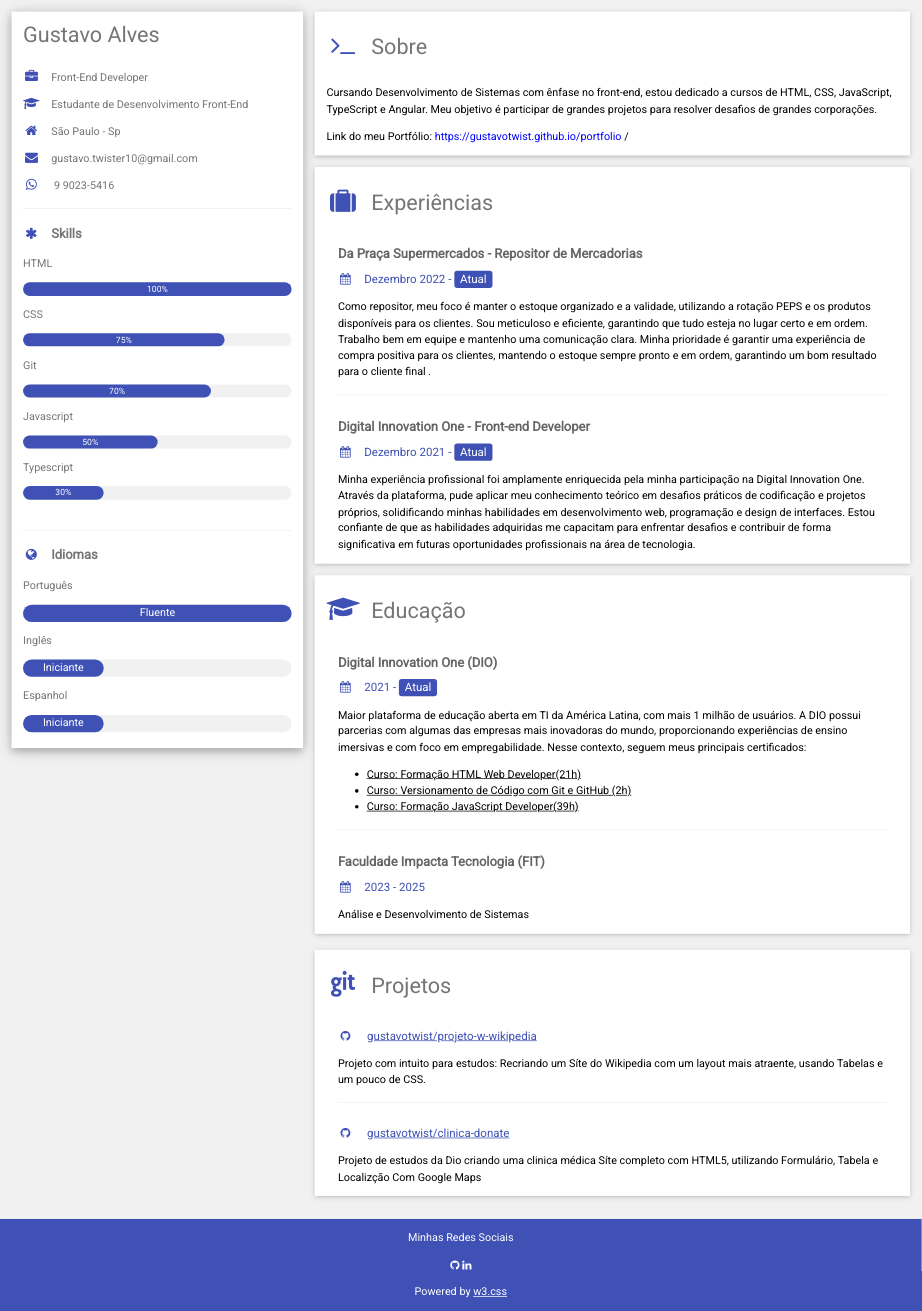
Repository: gustavotwist/cv
Page: index.html
An editor plug-in stored every save of this project. The page is shown before and after a run of saves, followed by the edit.
The browser window is 1280 px wide. The pictures show the whole page, at 72% of full size.

Above is the page before, as saved 2024-06-23 21:34:08.

### index.html
<!DOCTYPE html>
<!-- @falvojr: Reference article https://www.w3schools.com/howto/howto_website_create_resume.asp -->
<!-- @falvojr: Useful link to use fontawesome (fa) icons: https://fontawesome.com/v4/icons/ -->
<html lang="pt-BR">

  <head>
    <title>Gustavo Alves</title>

    <meta http-equiv="Content-Type" content="text/html; charset=UTF-8">
    <meta name="viewport" content="width=device-width, initial-scale=1">

    <link rel="stylesheet" href="https://www.w3schools.com/w3css/4/w3.css">
    <link rel='stylesheet' href='https://fonts.googleapis.com/css?family=Roboto'>
    <link rel="stylesheet" href="https://cdnjs.cloudflare.com/ajax/libs/font-awesome/4.7.0/css/font-awesome.min.css">

    <style>
      html,body,h1,h2,h3,h4,h5,h6 {font-family: "Roboto", sans-serif}
    </style>

  </head>

  <body class="w3-light-grey" cz-shortcut-listen="true">

    <!-- Page Container -->
    <div class="w3-content w3-margin-top" style="max-width:1400px;">

      <!-- The Grid -->
      <div class="w3-row-padding">

        <!-- Left Column -->
        <div class="w3-third">

          <div class="w3-white w3-text-grey w3-card-4">
            <!-- @falvojr: This container has been modified to not use a profile picture. -->
            <div class="w3-container">
              <h2>Gustavo Alves</h2>
            </div>
            <div class="w3-container">
              <p><i class="fa fa-briefcase fa-fw w3-margin-right w3-large w3-text-indigo"></i>Front-End Developer</p>
              <p><i class="fa fa-graduation-cap fa-fw w3-margin-right w3-large w3-text-indigo"></i>Estudante de Desenvolvimento Front-End</p>
              <p><i class="fa fa-home fa-fw w3-margin-right w3-large w3-text-indigo"></i>São Paulo - Sp</p>
              <p><i class="fa fa-envelope fa-fw w3-margin-right w3-large w3-text-indigo"></i><a href="mailto:gustavo.twister10@gmail.com" style="text-decoration: none;">gustavo.twister10@gmail.com</a></p>
              <p ><i class="fa fa-whatsapp fa-fw w3-margin-right w3-large w3-text-indigo"></i> <a href="tel:(11) 9 9023-5416" style="text-decoration: none;"> 9 9023-5416</a> </p>
              <hr>

              <p class="w3-large">
                <b><i class="fa fa-asterisk fa-fw w3-margin-right w3-text-indigo"></i>Skills</b>
              </p>
              <p>HTML</p>
              <div class="w3-light-grey w3-round-xlarge w3-small">
                <div class="w3-container w3-center w3-round-xlarge w3-indigo" style="width:100%">100%</div>
              </div>
              <p>CSS</p>
              <div class="w3-light-grey w3-round-xlarge w3-small">
                <div class="w3-container w3-center w3-round-xlarge w3-indigo" style="width:75%">75%</div>
              </div>
              <p>Git</p>
              <div class="w3-light-grey w3-round-xlarge w3-small">
                <div class="w3-container w3-center w3-round-xlarge w3-indigo" style="width:70%">70%</div>
              </div>
              <p>Javascript</p>
              <div class="w3-light-grey w3-round-xlarge w3-small">
                <div class="w3-container w3-center w3-round-xlarge w3-indigo" style="width:50%">50%</div>
              </div>
              <p>Typescript</p>
              <div class="w3-light-grey w3-round-xlarge w3-small">
                <div class="w3-container w3-center w3-round-xlarge w3-indigo" style="width:30%">30%</div>
              </div>
              <br>
              <hr>
              <p class="w3-large w3-text-theme">
                <b><i class="fa fa-globe fa-fw w3-margin-right w3-text-indigo"></i>Idiomas</b>
              </p>
              <p>Português</p>
              <div class="w3-light-grey w3-round-xlarge">
                <div class="w3-container w3-center w3-round-xlarge w3-indigo" style="height:24px;width:100%">Fluente</div>
              </div>
              <p>Inglês</p>
              <div class="w3-light-grey w3-round-xlarge">
                <div class="w3-container w3-center w3-round-xlarge w3-indigo" style="height:24px;width:30%">Iniciante</div>
              </div>
              <p>Espanhol</p>
              <div class="w3-light-grey w3-round-xlarge">
                <div class=" w3-container w3-center w3-round-xlarge w3-indigo" style="height:24px;width:30%">Iniciante</div>
              </div>
              <br>
            </div>
          </div><br>

          <!-- End Left Column -->
        </div>

        <!-- Right Column -->
        <div class="w3-twothird">

          <div class="w3-container w3-card w3-white w3-margin-bottom">
            <h2 class="w3-text-grey w3-padding-16"><i class="fa fa-terminal fa-fw w3-margin-right w3-xxlarge w3-text-indigo"></i>Sobre</h2>
            <p>Cursando Desenvolvimento de Sistemas com ênfase no front-end, estou dedicado a cursos de HTML, CSS, JavaScript, TypeScript e Angular. Meu objetivo é participar de grandes projetos para resolver desafios de grandes corporações.</p>
            <p>Link do meu Portfólio: <a href="https://gustavotwist.github.io/portfolio/" target="_blank" style="color: blue; text-decoration: none;">https://gustavotwist.github.io/portfolio</a> /</p>
          </div>

          <div class="w3-container w3-card w3-white w3-margin-bottom">
            <h2 class="w3-text-grey w3-padding-16">
              <i class="fa fa-suitcase fa-fw w3-margin-right w3-xxlarge w3-text-indigo"></i>Experiências
            </h2>
            <div class="w3-container">
              <h5 class="w3-opacity"><b>Da Praça Supermercados - Repositor de Mercadorias</b></h5>
              <h6 class="w3-text-indigo"><i class="fa fa-calendar fa-fw w3-margin-right"></i>Dezembro 2022 - <span class="w3-tag w3-indigo w3-round">Atual</span></h6>
              <p>Como repositor, meu foco é manter o estoque organizado e a validade, utilizando a rotação PEPS e os produtos disponíveis para os clientes. Sou meticuloso e eficiente, garantindo que tudo esteja no lugar certo e em ordem. Trabalho bem em equipe e mantenho uma comunicação clara. Minha prioridade é garantir uma experiência de compra positiva para os clientes, mantendo o estoque sempre pronto e em ordem, garantindo um bom resultado para o cliente final .</p>
              <hr>
            </div>
            <div class="w3-container">
              <h5 class="w3-opacity"><b>Digital Innovation One - Front-end Developer</b></h5>
                <h6 class="w3-text-indigo"><i class="fa fa-calendar fa-fw w3-margin-right"></i>Dezembro 2021 - <span class="w3-tag w3-indigo w3-round">Atual</span></h6>
                <p>
                    Minha experiência profissional foi amplamente enriquecida pela minha participação na Digital Innovation One. Através da plataforma, pude aplicar meu conhecimento teórico em desafios práticos de codificação e projetos próprios, solidificando minhas habilidades em desenvolvimento web, programação e design de interfaces. Estou confiante de que as habilidades adquiridas me capacitam para enfrentar desafios e contribuir de forma significativa em futuras oportunidades profissionais na área de tecnologia.
                </p>

            </div>
          </div>

          <div class="w3-container w3-card w3-white">
            <h2 class="w3-text-grey w3-padding-16">
              <i class="fa fa-graduation-cap fa-fw w3-margin-right w3-xxlarge w3-text-indigo"></i>Educação
            </h2>
            <div class="w3-container">
              <h5 class="w3-opacity"><b>Digital Innovation One (DIO)</b></h5>
              <h6 class="w3-text-indigo"><i class="fa fa-calendar fa-fw w3-margin-right"></i>2021 - <span class="w3-tag w3-indigo w3-round">Atual</span></h6>
              <p>
                Maior plataforma de educação aberta em TI da América Latina, com mais 1 milhão de usuários.
                A DIO possui parcerias com algumas das empresas mais inovadoras do mundo, proporcionando experiências
                de ensino imersivas e com foco em empregabilidade. Nesse contexto, seguem meus principais certificados:
              </p>
              <ul>
                <li><a href="https://www.dio.me/certificate/VDSNYTO5" target="_blank">Curso: Formação HTML Web Developer(21h)</a></li>
                <li><a href="https://www.dio.me/certificate/EA66CA6A" target="_blank">Curso: Versionamento de Código com Git e GitHub (2h)</a></li>
                <li><a href="https://www.dio.me/certificate/OST0WIWG" target="_blank">Curso: Formação JavaScript Developer(39h)</a></li>
              </ul>
              <hr>
            </div>
            <div class="w3-container">
              <h5 class="w3-opacity"><b>Faculdade Impacta Tecnologia (FIT)</b></h5>
              <h6 class="w3-text-indigo"><i class="fa fa-calendar fa-fw w3-margin-right"></i>2023 - 2025</h6>
              <p>Análise e Desenvolvimento de Sistemas</p>
            </div>
          </div><br>
          <div class="w3-container w3-card w3-white w3-margin-bottom">
            <h2 class="w3-text-grey w3-padding-16">
              <i class="fa fa-git fa-fw w3-margin-right w3-xxlarge w3-text-indigo"></i>Projetos
            </h2>
            <div class="w3-container">
              <h6 class="w3-text-indigo">
                <i class="fa fa-github fa-fw w3-margin-right"></i>
                <a href="https://github.com/gustavotwist/projeto-w-wikipedia" target="_blank">gustavotwist/projeto-w-wikipedia</a>
              </h6>
              <p>Projeto com intuito para estudos: Recriando um Síte do Wikipedia com um layout mais atraente, usando Tabelas e um pouco de CSS.</p>
              <hr>
            </div>
            <div class="w3-container">
              <h6 class="w3-text-indigo">
                <i class="fa fa-github fa-fw w3-margin-right"></i>
                <a href="https://github.com/gustavotwist/clinica-donate" target="_blank">gustavotwist/clinica-donate</a>
              </h6>
              <p>Projeto de estudos da Dio criando uma clinica médica Síte completo com HTML5, utilizando Formulário, Tabela e Localizção Com Google Maps</p>
            </div>
          </div>

          <!-- End Right Column -->
        </div>

        <!-- End Grid -->
      </div>

      <!-- End Page Container -->
    </div>

    <footer class="w3-container w3-indigo w3-center w3-margin-top">
      <p>Minhas Redes Sociais</p>
      <a href="https://github.com/gustavotwist" target="_blank"><i class="fa fa-github w3-hover-opacity"></i></a>
      <a href="https://www.linkedin.com/in/gustavoalves7/" target="_blank"><i class="fa fa-linkedin w3-hover-opacity"></i></a>
      <p>Powered by <a href="https://www.w3schools.com/w3css/default.asp" target="_blank">w3.css</a></p>
    </footer>

  </body>

</html>

After the next 3 saves:
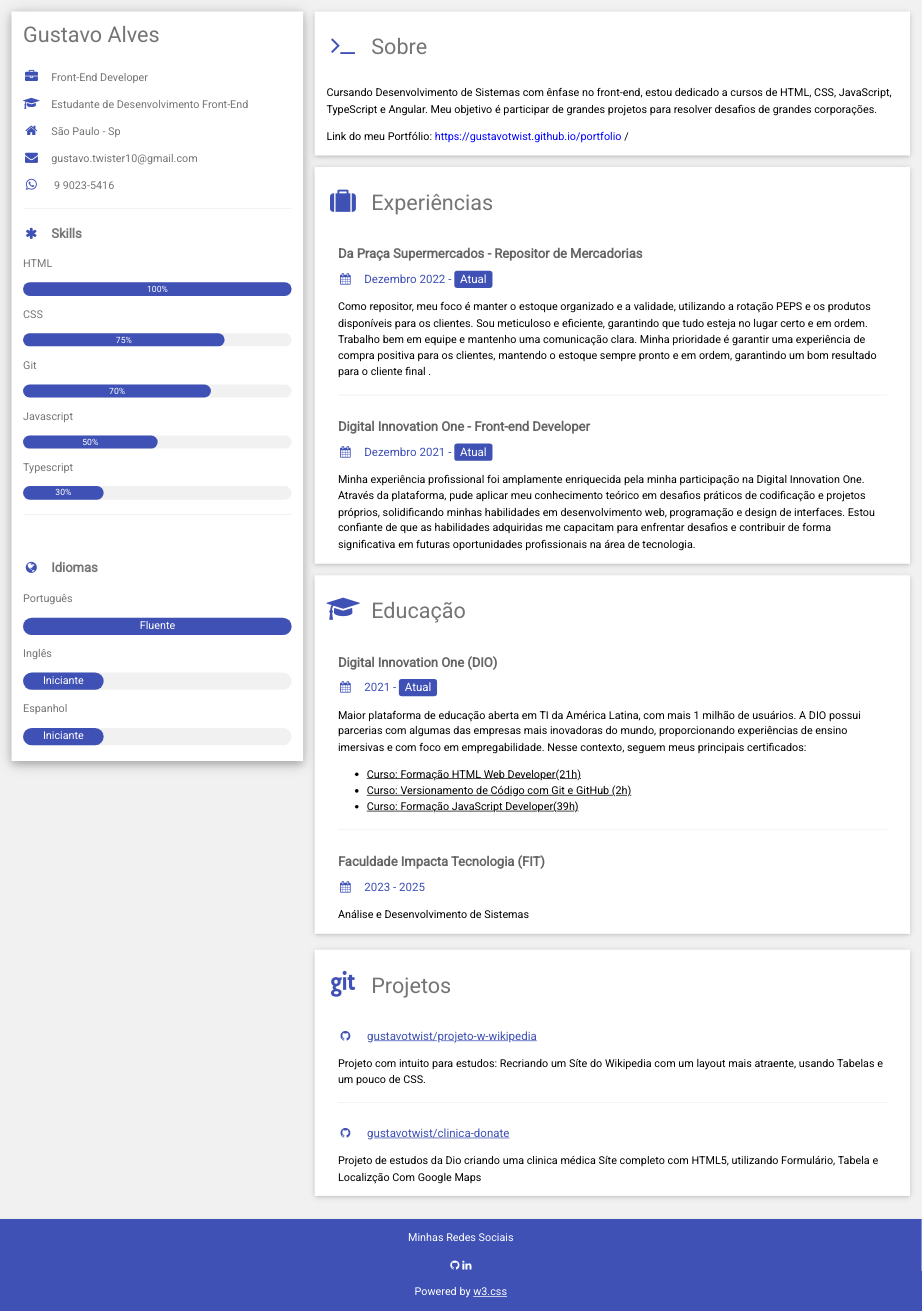
The 3 saves are shown as one change because they came seconds apart.
The last was saved 36 s later.
--- a/index.html
+++ b/index.html
@@ -65,9 +65,8 @@
               <p>Typescript</p>
               <div class="w3-light-grey w3-round-xlarge w3-small">
                 <div class="w3-container w3-center w3-round-xlarge w3-indigo" style="width:30%">30%</div>
-              </div>
+              </div><hr>
               <br>
-              <hr>
               <p class="w3-large w3-text-theme">
                 <b><i class="fa fa-globe fa-fw w3-margin-right w3-text-indigo"></i>Idiomas</b>
               </p>
